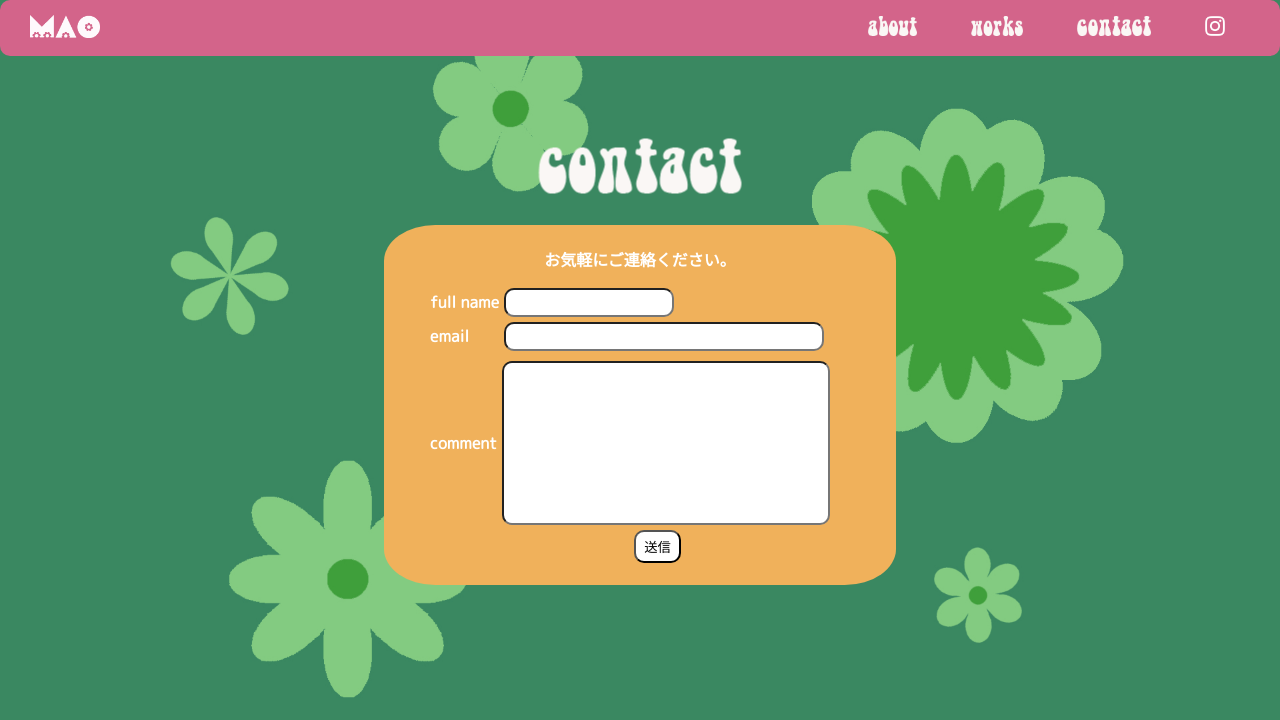
Repository: HarashimaMao/portfolio
Page: contact.html
The author's editor kept a record of every edit. The page is drawn from the files as they stood at one moment, then again after the next edit.
The browser window is 1280 px wide. The pictures show the whole page.

Above is the page before.

### contact.html
<!DOCTYPE html>
<html lang ="ja">
    <head>
        <meta charset="utf-8">
        <title>HarashimaMao</title>
        <style>
          body {
              margin: 0;
              background-image: url(images/my_home_page4.jpg);
              background-size: cover;
          }

          .header {
              width: 100%;
              display: flex;
              background-color: #D3648A;
              justify-content: space-between;
              border-radius: 10px;
          }

          .header-logo {
              margin-top: 15px;
              margin-left: 30px;
          }

          ul {
              list-style: none;
              margin-right: 5px;

          }

          li {
              display: inline-block;
              margin-right: 50px;
          }

          .main {
              color: #FFF;
              font-family: "M PLUS Rounded 1c";
              text-align: center;
          }

          .main img {
              position: absolute;
              top: 23%;
              margin-right: -50%;
              transform: translate(-50%,-50%)

          }

          .container {
              font-weight: 700;
              margin: 0;
              position: absolute;
              top: 50%;
              left: 50%;
              margin-right: -50%;
              transform: translate(-50%,-50%)
          }

          .square {
              margin-top: 90px;
              position: relative;
              width: 500px;
              padding: 6px;
              background: #F0B15B;
              border-radius: 10%;
          }

          form li {
              display: flex;
              align-items: center;
              lfex-derectiom: column;
          }


          .username {
              border-radius: 10px;
              padding: 5px 8px;
          }

          input.username {
              width: 150px;
              margin-left: 5px;

          }

          .email {
              border-radius: 10px;
              padding: 5px 8px;
              margin: 5px;
          }

          input.email {
              width: 300px;
              margin-left: 35px;
          }

          .comment {
              outline-color: #FFF;
              border-radius: 10px;
              padding: 5px 8px;
              margin: 5px;
          }

          input.comment {
              width: 400px;
              height: 150px;
              margin: 5px;
          }

          .btn {
              border-radius: 10px;
              padding: 5px 8px;
              background-color: #FFF;
          }

        </style>
        <link href="https://fonts.googleapis.com/css?family=M+PLUS+Rounded+1c" rel="stylesheet">
    </head>

    <body>
        <div class="header">
            <div class="header-logo">
                <a href="top.html"><img src="images/MAOlogo.png" width="70px"></a>
            </div>
            <div class="header-list">
                <ul>
                    <li><a href="about.html"><img src="images/about.png" alt="about" height="20px"></a></li>
                    <li><a href="works.html"><img src="images/works.png" alt="works" height="20px"></a></li>
                    <li><a href="contact.html"><img src="images/contact.png" alt="contact" height="20px"></a></li>
                    <li><a href="https://www.instagram.com/mao_yz/?hl=en"><img src="images/insta.png" alt="insta" height="20px"></a></li>
                </ul>
            </div>
        </div>

        <div class="main">
            <img src="images/contact.png" alt="contact">

            <div class="container">
            <div class="square">
                <p>お気軽にご連絡ください。</p>
                <form>
                    <ul>
                        <li>full name<input type="text" class="username"/></li>
                        <li>email<input type="text" class="email" /></li>
                        <li>comment<input type="text" class="comment" /></li>
                    <input type="button" value="送信" class="btn"/>
                    </ul>
                </form>
            </div>
            </div>
        </div>

        <script src="jquery-3.6.0.min.js"></script>
        <script>
             $(function(){
                $('.header').hover(
                    function(){
                        $(this).animate({
                            'font-size':'20px'
                        });
                    },
                    function(){
                        $(this).animate({
                            'font-size':'16px'
                        });
                    });
            });
        </script>
    </body>
</html>

Loaded but not shown: jquery-3.6.0.min.js (library)

After the next edit:
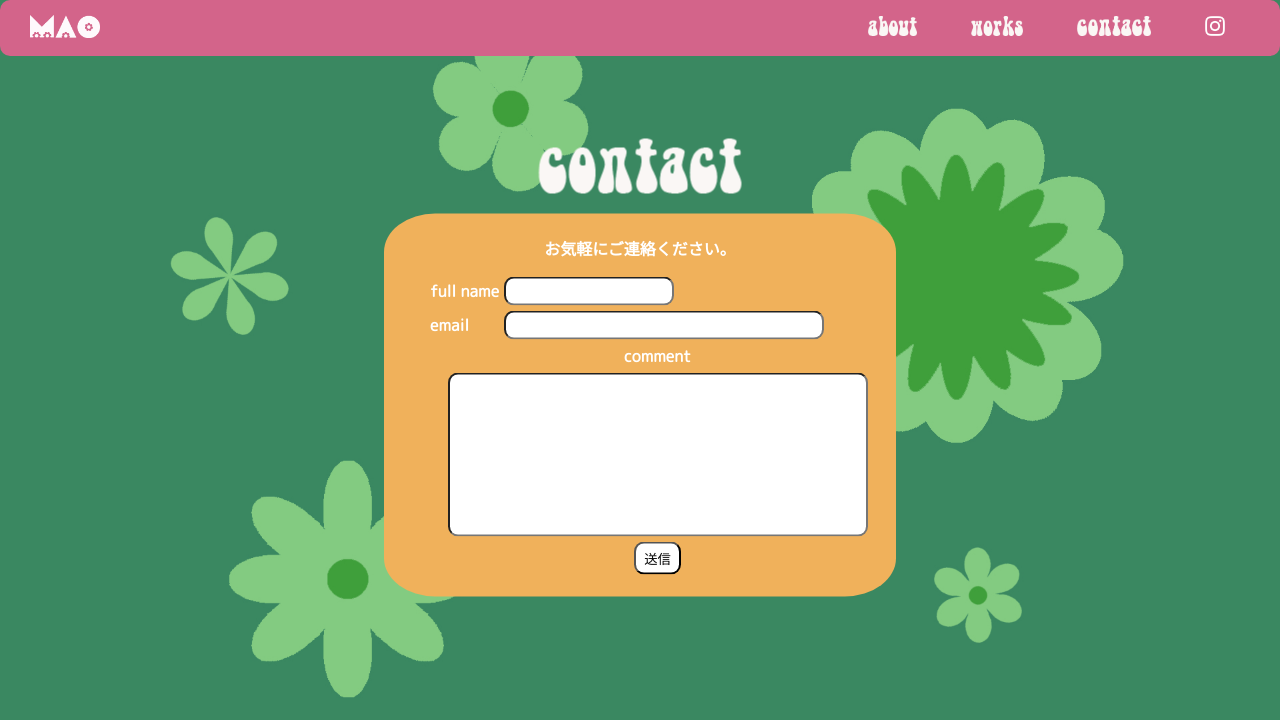
The edit:
--- a/contact.html
+++ b/contact.html
@@ -144,7 +144,7 @@
                     <ul>
                         <li>full name<input type="text" class="username"/></li>
                         <li>email<input type="text" class="email" /></li>
-                        <li>comment<input type="text" class="comment" /></li>
+                    comment<input type="text" class="comment" /></li>
                     <input type="button" value="送信" class="btn"/>
                     </ul>
                 </form>
